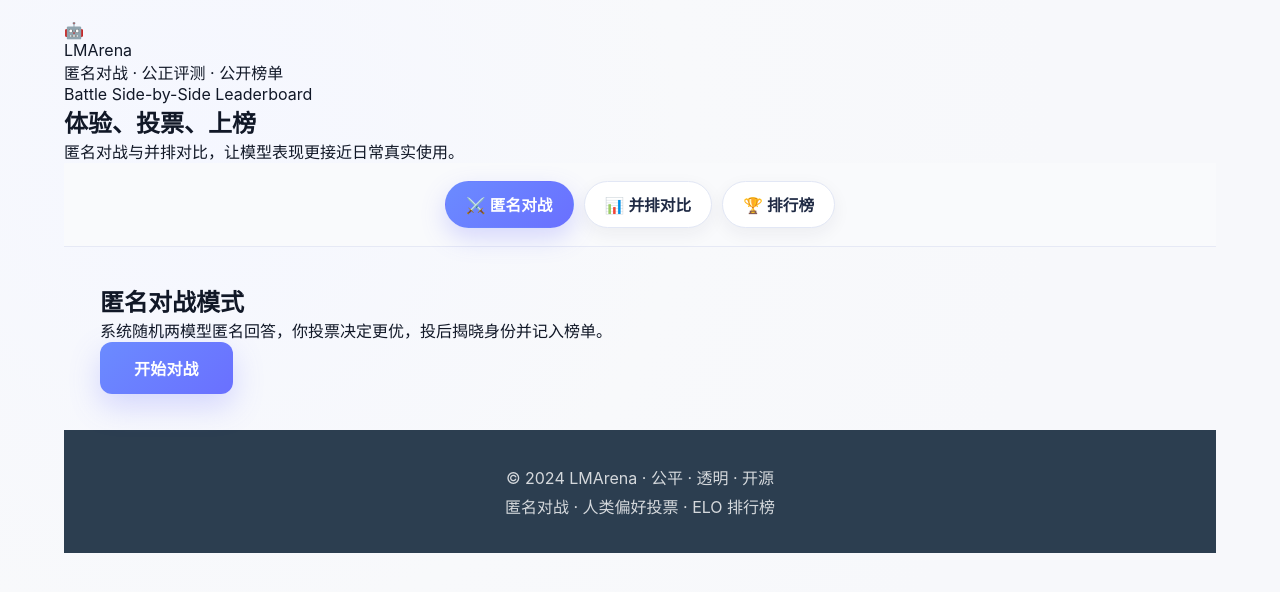
Repository: tabbycat7/EQ-of-The-LLMs
Page: templates/index.html
These files come from the project's save history. The page is drawn as it stood at one moment and after the next save; the edit follows.
The browser window is 1280 px wide. The pictures show the whole page.

Above is the page before, as saved 2025-12-15 21:16:54.

### templates/index.html
<!DOCTYPE html>
<html lang="zh-CN">
<head>
    <meta charset="UTF-8">
    <meta name="viewport" content="width=device-width, initial-scale=1.0">
    <title>LMArena - AI 模型对战评测平台</title>
    <link rel="stylesheet" href="/static/css/style.css">
</head>
<body>
    <div class="page">
        <header class="topbar">
            <div class="brand">
                <div class="brand-icon">🤖</div>
                <div>
                    <div class="brand-title">LMArena</div>
                    <div class="brand-subtitle">匿名对战 · 公正评测 · 公开榜单</div>
                </div>
            </div>
            <div class="top-actions">
                <span class="pill">Battle</span>
                <span class="pill">Side-by-Side</span>
                <span class="pill ghost">Leaderboard</span>
            </div>
        </header>

        <main class="container">
            <section class="hero">
                <div>
                    <h1>体验、投票、上榜</h1>
                    <p>匿名对战与并排对比，让模型表现更接近日常真实使用。</p>
                </div>
                <div class="mode-selector">
                    <button class="mode-btn active" data-mode="battle">⚔️ 匿名对战</button>
                    <button class="mode-btn" data-mode="sidebyside">📊 并排对比</button>
                    <button class="mode-btn" data-mode="leaderboard">🏆 排行榜</button>
                </div>
            </section>

            <!-- 匿名对战模式 -->
            <section id="battle-mode" class="mode-content active panel">
                <div class="panel-header">
                    <div>
                        <h2>匿名对战模式</h2>
                        <p>系统随机两模型匿名回答，你投票决定更优，投后揭晓身份并记入榜单。</p>
                    </div>
                    <div id="battle-start">
                        <button id="start-battle-btn" class="primary-btn">开始对战</button>
                    </div>
                </div>

                <div id="battle-chat" class="chat-section" style="display: none;">
                    <div class="responses-grid">
                        <div class="response-box">
                            <div class="response-header">模型 A</div>
                            <div id="response-a" class="response-content">
                                <div class="empty-state">等待回复...</div>
                            </div>
                        </div>
                        <div class="response-box">
                            <div class="response-header">模型 B</div>
                            <div id="response-b" class="response-content">
                                <div class="empty-state">等待回复...</div>
                            </div>
                        </div>
                    </div>

                    <div id="voting-section" class="voting-section" style="display: none;">
                        <h3>选择更好的回答：</h3>
                        <div class="vote-buttons">
                            <button class="vote-btn" data-winner="model_a">👈 模型 A 更好</button>
                            <button class="vote-btn" data-winner="tie">🤝 两者相当</button>
                            <button class="vote-btn" data-winner="model_b">👉 模型 B 更好</button>
                        </div>
                    </div>

                    <div id="reveal-section" class="reveal-section" style="display: none;">
                        <div class="reveal-info">
                            <h3>✨ 模型揭晓</h3>
                            <div class="reveal-grid">
                                <div class="reveal-item">
                                    <span class="reveal-label">模型 A:</span>
                                    <span id="reveal-model-a" class="reveal-value"></span>
                                </div>
                                <div class="reveal-item">
                                    <span class="reveal-label">模型 B:</span>
                                    <span id="reveal-model-b" class="reveal-value"></span>
                                </div>
                            </div>
                            <button id="new-battle-btn" class="primary-btn ghost">开始新对战</button>
                        </div>
                    </div>

                    <div class="input-section">
                        <textarea id="battle-input" placeholder="输入你的问题..." rows="3"></textarea>
                        <button id="battle-send-btn" class="send-btn">发送</button>
                    </div>
                </div>
            </section>

            <!-- 并排对比模式 -->
            <section id="sidebyside-mode" class="mode-content panel">
                <div class="panel-header">
                    <div>
                        <h2>并排对比模式</h2>
                        <p>选择两个模型并排作答，为更好的答案投票，数据同样计入排行榜。</p>
                    </div>
                </div>

                <div class="panel-body">
                    <div class="model-selection">
                        <div class="model-select-group">
                            <label>模型 A:</label>
                            <select id="sidebyside-model-a" class="model-select"></select>
                        </div>
                        <div class="model-select-group">
                            <label>模型 B:</label>
                            <select id="sidebyside-model-b" class="model-select"></select>
                        </div>
                    </div>

                    <div class="responses-grid">
                        <div class="response-box">
                            <div class="response-header" id="sidebyside-header-a">模型 A</div>
                            <div id="sidebyside-response-a" class="response-content">
                                <div class="empty-state">等待回复...</div>
                            </div>
                        </div>
                        <div class="response-box">
                            <div class="response-header" id="sidebyside-header-b">模型 B</div>
                            <div id="sidebyside-response-b" class="response-content">
                                <div class="empty-state">等待回复...</div>
                            </div>
                        </div>
                    </div>

                    <div id="sidebyside-voting" class="voting-section" style="display: none;">
                        <h3>选择更好的回答：</h3>
                        <div class="vote-buttons">
                            <button class="vote-btn" data-winner="model_a">👈 模型 A 更好</button>
                            <button class="vote-btn" data-winner="tie">🤝 两者相当</button>
                            <button class="vote-btn" data-winner="model_b">👉 模型 B 更好</button>
                        </div>
                    </div>

                    <div class="input-section">
                        <textarea id="sidebyside-input" placeholder="输入你的问题..." rows="3"></textarea>
                        <button id="sidebyside-send-btn" class="send-btn">发送</button>
                    </div>
                </div>
            </section>

            <!-- 排行榜模式 -->
            <section id="leaderboard-mode" class="mode-content panel">
                <div class="panel-header">
                    <div>
                        <h2>模型排行榜</h2>
                        <p>基于匿名对战与对比投票的 ELO 评分，实时公开透明。</p>
                    </div>
                    <button id="refresh-leaderboard-btn" class="secondary-btn">🔄 刷新排行榜</button>
                </div>
                <div class="panel-body">
                    <div id="leaderboard-content" class="leaderboard-table">
                        <div class="loading">加载中...</div>
                    </div>
                </div>
            </section>
        </main>

        <footer class="footer">
            <p>© 2024 LMArena · 公平 · 透明 · 开源</p>
            <p>匿名对战 · 人类偏好投票 · ELO 排行榜</p>
        </footer>
    </div>

    <script src="/static/js/app.js"></script>
</body>
</html>

### static/css/style.css
/* 全局样式 */
:root {
    --bg: #f7f8fb;
    --panel: #ffffff;
    --text: #111827;
    --muted: #6b7280;
    --border: #e5e7eb;
    --primary: #0f8bff;
    --primary-2: #0a7ae0;
    --pill: #eef2ff;
    --shadow: 0 18px 50px rgba(15, 30, 60, 0.08);
}

* {
    margin: 0;
    padding: 0;
    box-sizing: border-box;
}

body {
    font-family: -apple-system, BlinkMacSystemFont, "Segoe UI", Roboto, "Helvetica Neue", Arial, sans-serif;
    background: radial-gradient(circle at 15% 20%, #f5f7ff 0%, #f8f9fb 40%, #f7f8fb 70%, #f7f8fb 100%);
    min-height: 100vh;
    color: var(--text);
}

.page {
    max-width: 1200px;
    margin: 0 auto;
    padding: 20px 24px 48px;
}

.container {
    width: 100%;
    margin: 0 auto;
}

/* 头部样式 */
.header {
    background: linear-gradient(135deg, #6b8bff 0%, #6a70ff 45%, #6970f6 100%);
    color: white;
    padding: 32px 28px;
    text-align: center;
}

.logo {
    font-size: 2.6em;
    margin-bottom: 8px;
    font-weight: 800;
    letter-spacing: 0.5px;
}

.subtitle {
    font-size: 1.05em;
    opacity: 0.92;
}

/* 模式选择器 */
.mode-selector {
    display: flex;
    justify-content: center;
    gap: 10px;
    padding: 18px 20px;
    background: #f9fafc;
    border-bottom: 1px solid #e6e9f5;
    flex-wrap: wrap;
}

.mode-btn {
    padding: 11px 20px;
    border: 1px solid #e2e7f5;
    background: #fff;
    border-radius: 999px;
    cursor: pointer;
    font-size: 0.98em;
    font-weight: 600;
    transition: all 0.3s ease;
    color: #1f2a44;
    box-shadow: 0 6px 18px rgba(31, 42, 68, 0.06);
}

.mode-btn:hover {
    background: #eef2ff;
    border-color: #d6ddff;
    transform: translateY(-1px);
}

.mode-btn.active {
    background: linear-gradient(135deg, #6b8bff 0%, #6a70ff 100%);
    color: white;
    border-color: transparent;
    box-shadow: 0 10px 25px rgba(106, 112, 255, 0.25);
}

/* 内容区域 */
.mode-content {
    display: none;
    padding: 36px;
}

.mode-content.active {
    display: block;
}

.mode-description {
    text-align: center;
    margin-bottom: 30px;
}

.mode-description h2 {
    font-size: 1.85em;
    margin-bottom: 6px;
    color: #2c3e70;
}

.mode-description p {
    color: #54607a;
    font-size: 1.02em;
}

/* 按钮样式 */
.primary-btn {
    background: linear-gradient(135deg, #6b8bff 0%, #6a70ff 100%);
    color: white;
    border: none;
    padding: 14px 34px;
    font-size: 1em;
    border-radius: 12px;
    cursor: pointer;
    font-weight: 700;
    letter-spacing: 0.2px;
    transition: all 0.25s ease;
    box-shadow: 0 12px 30px rgba(106, 112, 255, 0.25);
}

.primary-btn:hover {
    transform: translateY(-1px);
    box-shadow: 0 14px 34px rgba(106, 112, 255, 0.28);
}

.secondary-btn {
    background: #fff;
    color: #4250a5;
    border: 1px solid #d9def3;
    padding: 12px 24px;
    font-size: 0.96em;
    border-radius: 10px;
    cursor: pointer;
    font-weight: 650;
    transition: all 0.25s ease;
    margin-bottom: 18px;
    box-shadow: 0 8px 18px rgba(31, 42, 68, 0.08);
}

.secondary-btn:hover {
    background: #eff2ff;
    color: #2f3b75;
}

/* 开始区域 */
.start-section {
    text-align: center;
    padding: 48px 20px;
}

/* 聊天容器 */
.chat-container {
    max-width: 1200px;
    margin: 0 auto;
}

.responses-grid {
    display: grid;
    grid-template-columns: 1fr 1fr;
    gap: 20px;
    margin-bottom: 20px;
}

.single-response {
    margin-bottom: 20px;
}

.response-box {
    background: #fff;
    border-radius: 14px;
    overflow: hidden;
    box-shadow: 0 10px 30px rgba(31, 42, 68, 0.08);
    border: 1px solid #e6e9f5;
}

.response-box.full-width {
    width: 100%;
}

.response-header {
    background: linear-gradient(135deg, #6b8bff 0%, #6a70ff 100%);
    color: white;
    padding: 13px;
    font-weight: 650;
    font-size: 1.05em;
    text-align: center;
}

.response-content {
    padding: 18px;
    min-height: 180px;
    max-height: 380px;
    overflow-y: auto;
    line-height: 1.65;
    white-space: pre-wrap;
    color: #25304f;
}

.empty-state {
    color: #9aa4bf;
    text-align: center;
    padding: 52px 18px;
    font-style: italic;
}

.loading {
    text-align: center;
    padding: 32px;
    color: #4b5dd8;
    font-size: 1.08em;
}

/* 投票区域 */
.voting-section {
    text-align: center;
    padding: 26px;
    background: #f6f8ff;
    border-radius: 14px;
    margin-bottom: 18px;
    border: 1px solid #e4e9fb;
}

.voting-section h3 {
    margin-bottom: 16px;
    color: #4250a5;
}

.vote-buttons {
    display: flex;
    justify-content: center;
    gap: 15px;
    flex-wrap: wrap;
}

.vote-btn {
    padding: 13px 24px;
    border: 1px solid #d9def3;
    background: #fff;
    border-radius: 12px;
    cursor: pointer;
    font-size: 0.98em;
    font-weight: 650;
    transition: all 0.25s ease;
    color: #1f2a44;
    box-shadow: 0 8px 20px rgba(31, 42, 68, 0.08);
}

.vote-btn:hover {
    background: #eff2ff;
    color: #2f3b75;
    transform: translateY(-1px);
}

/* 揭示区域 */
.reveal-section {
    text-align: center;
    padding: 26px;
    background: #f2fbf5;
    border-radius: 14px;
    margin-bottom: 18px;
    border: 1px solid #d6f2dd;
}

.reveal-info h3 {
    margin-bottom: 16px;
    color: #3c9a5f;
}

.reveal-grid {
    display: grid;
    grid-template-columns: 1fr 1fr;
    gap: 20px;
    margin-bottom: 20px;
    max-width: 600px;
    margin-left: auto;
    margin-right: auto;
}

.reveal-item {
    background: white;
    padding: 15px;
    border-radius: 10px;
    box-shadow: 0 2px 8px rgba(0, 0, 0, 0.1);
}

.reveal-label {
    font-weight: 600;
    color: #666;
    display: block;
    margin-bottom: 5px;
}

.reveal-value {
    font-size: 1.2em;
    color: #667eea;
    font-weight: 700;
}

/* 输入区域 */
.input-section {
    display: flex;
    gap: 10px;
    align-items: flex-end;
}

.input-section textarea {
    flex: 1;
    padding: 13px 14px;
    border: 1px solid #dfe4f3;
    border-radius: 12px;
    font-size: 0.98em;
    font-family: inherit;
    resize: vertical;
    transition: all 0.25s ease;
    background: #fbfcff;
}

.input-section textarea:focus {
    outline: none;
    border-color: #6b8bff;
    box-shadow: 0 0 0 4px rgba(107, 139, 255, 0.15);
}

.send-btn {
    background: linear-gradient(135deg, #6b8bff 0%, #6a70ff 100%);
    color: white;
    border: none;
    padding: 13px 22px;
    border-radius: 12px;
    cursor: pointer;
    font-size: 0.98em;
    font-weight: 700;
    transition: all 0.25s ease;
    box-shadow: 0 10px 24px rgba(106, 112, 255, 0.26);
}

.send-btn:hover {
    transform: translateY(-1px);
    box-shadow: 0 12px 28px rgba(106, 112, 255, 0.3);
}

.send-btn:disabled {
    opacity: 0.5;
    cursor: not-allowed;
}

/* 模型选择 */
.model-selection {
    display: flex;
    justify-content: center;
    gap: 20px;
    margin-bottom: 24px;
    flex-wrap: wrap;
}

.model-select-group {
    display: flex;
    flex-direction: column;
    gap: 8px;
}

.model-select-group label {
    font-weight: 650;
    color: #4250a5;
}

.model-select {
    padding: 11px 14px;
    border: 1px solid #dfe4f3;
    border-radius: 12px;
    font-size: 0.98em;
    background: #fbfcff;
    cursor: pointer;
    min-width: 200px;
}

.model-select:focus {
    outline: none;
    border-color: #6b8bff;
    box-shadow: 0 0 0 3px rgba(107, 139, 255, 0.18);
}

/* 排行榜 */
.leaderboard-container {
    max-width: 1000px;
    margin: 0 auto;
}

.leaderboard-table {
    background: #fff;
    border-radius: 14px;
    overflow: hidden;
    box-shadow: 0 10px 28px rgba(31, 42, 68, 0.08);
    border: 1px solid #e6e9f5;
}

.leaderboard-row {
    display: grid;
    grid-template-columns: 80px 1fr 120px 120px 120px 120px;
    gap: 15px;
    padding: 18px;
    border-bottom: 1px solid #edf0f8;
    align-items: center;
}

.leaderboard-row.header {
    background: linear-gradient(135deg, #6b8bff 0%, #6a70ff 100%);
    color: white;
    font-weight: 750;
}

.leaderboard-row:hover:not(.header) {
    background: #f6f8ff;
}

.rank {
    font-size: 1.35em;
    font-weight: 750;
    color: #6b8bff;
    text-align: center;
}

.model-name {
    font-weight: 700;
    color: #273455;
}

.stat {
    text-align: center;
    color: #4b5574;
}

.rating {
    font-size: 1.12em;
    font-weight: 750;
    color: #3c9a5f;
}

/* 页脚 */
.footer {
    background: #2c3e50;
    color: white;
    text-align: center;
    padding: 30px;
}

.footer p {
    margin: 5px 0;
    opacity: 0.8;
}

/* 响应式设计 */
@media (max-width: 768px) {
    .responses-grid {
        grid-template-columns: 1fr;
    }

    .reveal-grid {
        grid-template-columns: 1fr;
    }

    .leaderboard-row {
        grid-template-columns: 60px 1fr 80px 80px;
        gap: 10px;
        padding: 15px;
        font-size: 0.9em;
    }

    .leaderboard-row .stat:nth-child(5),
    .leaderboard-row .stat:nth-child(6) {
        display: none;
    }

    .mode-selector {
        gap: 5px;
    }

    .mode-btn {
        padding: 10px 15px;
        font-size: 0.9em;
    }

    .logo {
        font-size: 2em;
    }
}

Loaded but not shown: static/js/app.js (no copy from this time; the picture is the same without it)

After the next save:
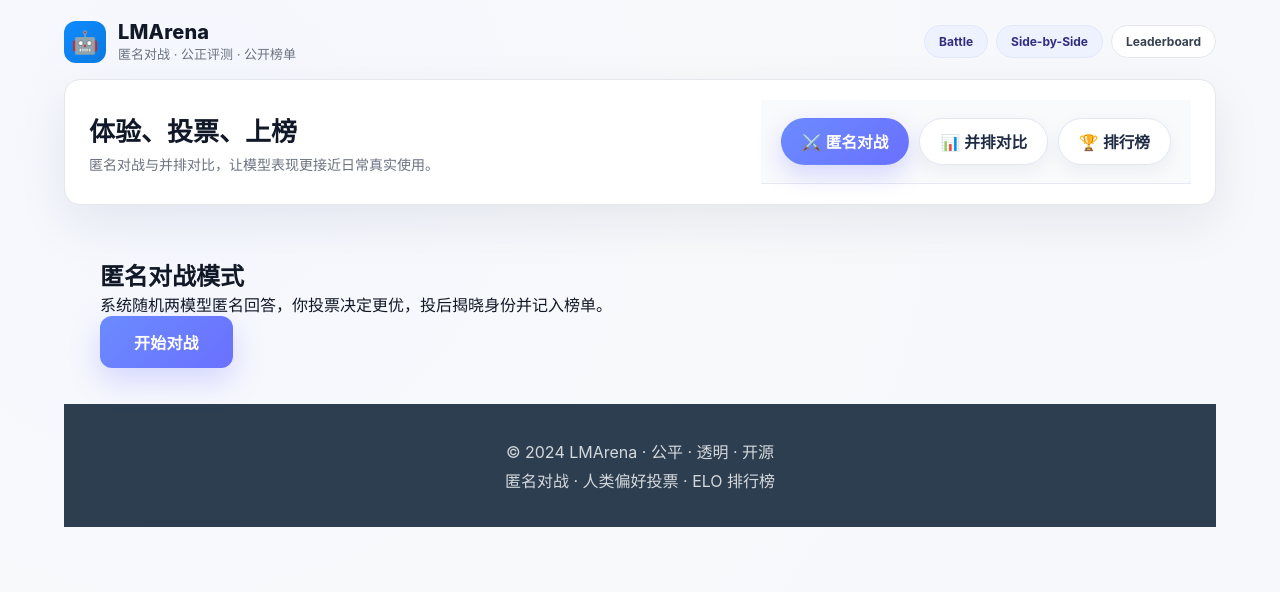
Saved 10 s later.
--- a/static/css/style.css
+++ b/static/css/style.css
@@ -36,23 +36,84 @@
 }
 
 /* 头部样式 */
-.header {
-    background: linear-gradient(135deg, #6b8bff 0%, #6a70ff 45%, #6970f6 100%);
-    color: white;
-    padding: 32px 28px;
-    text-align: center;
-}
-
-.logo {
-    font-size: 2.6em;
-    margin-bottom: 8px;
+.topbar {
+    display: flex;
+    align-items: center;
+    justify-content: space-between;
+    margin-bottom: 16px;
+}
+
+.brand {
+    display: flex;
+    align-items: center;
+    gap: 12px;
+}
+
+.brand-icon {
+    width: 42px;
+    height: 42px;
+    border-radius: 12px;
+    background: linear-gradient(135deg, #0f8bff 0%, #0a7ae0 100%);
+    display: flex;
+    align-items: center;
+    justify-content: center;
+    font-size: 22px;
+    color: #fff;
+}
+
+.brand-title {
+    font-size: 20px;
     font-weight: 800;
-    letter-spacing: 0.5px;
-}
-
-.subtitle {
-    font-size: 1.05em;
-    opacity: 0.92;
+    letter-spacing: 0.2px;
+}
+
+.brand-subtitle {
+    font-size: 13px;
+    color: var(--muted);
+}
+
+.top-actions {
+    display: flex;
+    gap: 8px;
+    align-items: center;
+}
+
+.pill {
+    padding: 8px 14px;
+    border-radius: 999px;
+    background: var(--pill);
+    color: #312e81;
+    font-weight: 700;
+    font-size: 12px;
+    border: 1px solid #e0e7ff;
+}
+
+.pill.ghost {
+    background: #fff;
+    color: #374151;
+    border-color: var(--border);
+}
+
+.hero {
+    background: var(--panel);
+    border: 1px solid var(--border);
+    border-radius: 16px;
+    padding: 20px 24px;
+    box-shadow: var(--shadow);
+    display: flex;
+    justify-content: space-between;
+    align-items: center;
+    margin-bottom: 16px;
+}
+
+.hero h1 {
+    font-size: 26px;
+    margin-bottom: 6px;
+}
+
+.hero p {
+    color: var(--muted);
+    font-size: 14px;
 }
 
 /* 模式选择器 */
